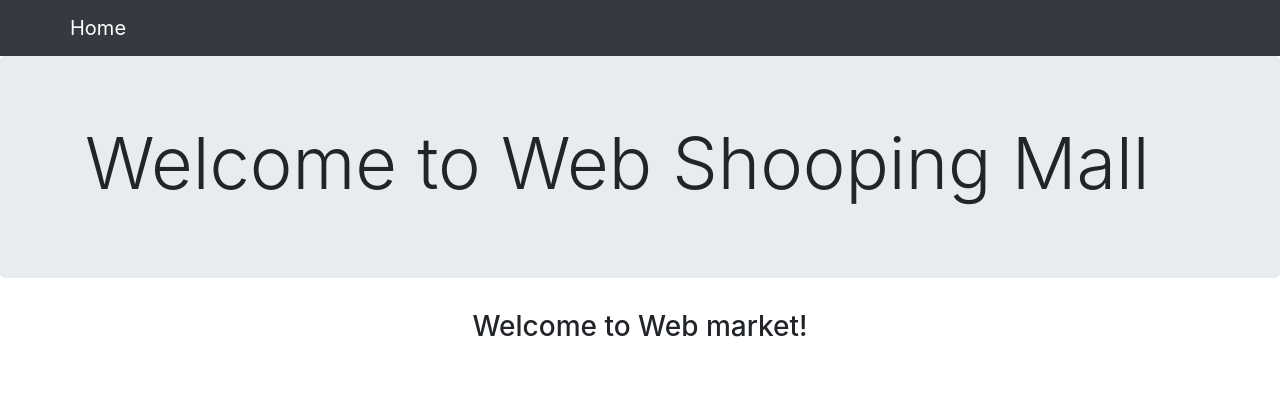
Repository: suinautant/learnCode
Page: http://localhost/WebMarket/welcome.jsp
These files come from the project's save history. The page is drawn as it stood at one moment and after the next save; the edit follows.
The browser window is 1280 px wide. The pictures show the whole page.
The page is served by Tomcat 9. Nobody is signed in. The application's start-up code is not run.

Above is the page before, as saved 2021-06-30 01:28:08.

After the next save:
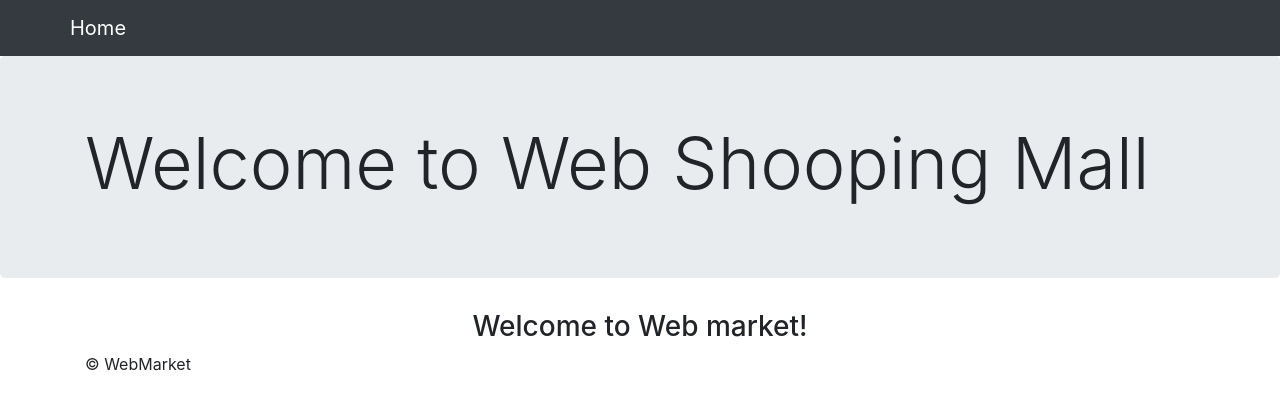
Saved 32 s later.
--- a/jsp/WebMarket/WebContent/welcome.jsp
+++ b/jsp/WebMarket/WebContent/welcome.jsp
@@ -34,5 +34,8 @@
 			</h3>
 		</div>
 	</div>
+	<footer class="container">
+		<p>&copy; WebMarket</p>
+	</footer>
 </body>
 </html>
